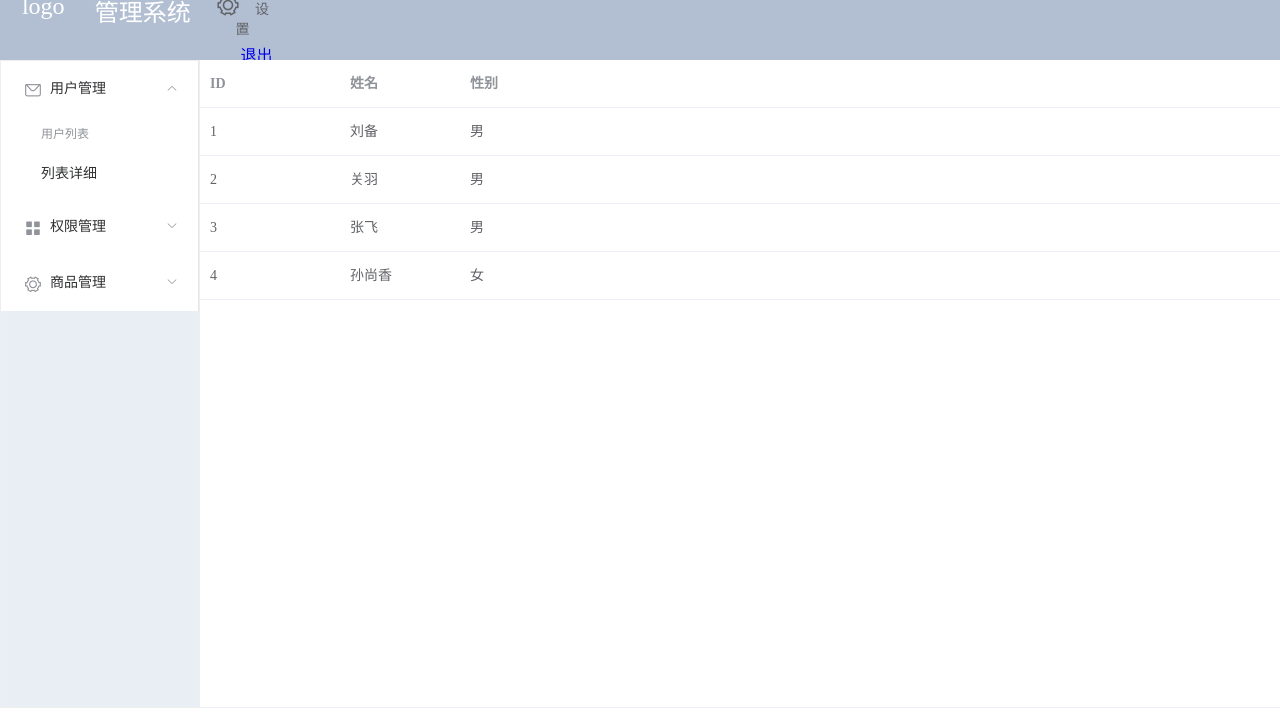
Repository: euphor1azzy/testlist
Page: /#/users (app in list/)
An editor plug-in stored every save of this project. The page is shown before and after the next save, followed by the edit.
The browser window is 1280 px wide. The pictures show the whole page.
The project was rebuilt for these pictures with package versions that can differ from the ones it lists, and the page was loaded fresh each time. Requests to the local data server were answered from the project's data file. Also part of the build but not shown: list/src/views/login/login.vue, list/src/components/users/users.vue.

Above is the page before, as saved 2020-08-25 10:26:14.

### list/src/main.js
// 引入组件
import Vue from 'vue'
import ElementUI from 'element-ui';
import App from './App.vue'
import router from './router'
import MyHttpServer from './plugins/http'
Vue.use(router);


// 引入css文件
import './assets/css/reset.css'
import 'element-ui/lib/theme-chalk/index.css';


//使用插件
Vue.use(ElementUI)
Vue.use(MyHttpServer)
Vue.config.productionTip = false


new Vue({
    el: '#app',
    router,
    render: h => h(App)
}).$mount('#app')

### list/src/App.vue
<template>
  <div id="app" >

    <router-view></router-view>
  </div>
</template>

<script>

</script>

<style>
#app{

  height:100vh
}
</style>

### list/src/router/index.js
import Vue from 'vue'
import Router from 'vue-router'
import Home from '../views/home.vue'
import Login from '../views/login/login.vue'
import Users from '../components/users/users.vue'


Vue.use(Router);



export default new Router({
    routes: [{
            path: '/',
            name: 'home',
            component: Home,
            children: [{
                name: 'users',
                path: 'users',
                component: Users
            }]

        },
        {
            name: 'Login',
            path: '/login',
            component: Login
        }
    ]
});

### list/src/plugins/http.js
//将axios改为插件
import axios from 'axios'
const MyHttpServer = {}


MyHttpServer.install = (Vue) => {
    axios.defaults.baseURL = 'http://localhost:8888/api/private/v1/'

    // 添加实例方法
    Vue.prototype.$http = axios

}

export default MyHttpServer

### list/src/assets/css/reset.css
/*! minireset.css v0.0.2 | MIT License | github.com/jgthms/minireset.css */

html,
body,
p,
ol,
ul,
li,
dl,
dt,
dd,
blockquote,
figure,
fieldset,
legend,
textarea,
pre,
iframe,
hr,
h1,
h2,
h3,
h4,
h5,
h6 {
    /* height: 100%; */
    margin: 0;
    padding: 0;
}

h1,
h2,
h3,
h4,
h5,
h6 {
    font-size: 100%;
    font-weight: normal;
}

ul {
    list-style: none;
}

button,
input,
select,
textarea {
    margin: 0;
}

html {
    box-sizing: border-box;
}

* {
    box-sizing: inherit;
}

*:before,
*:after {
    box-sizing: inherit;
}

img,
embed,
object,
audio,
video {
    height: auto;
    max-width: 100%;
}

iframe {
    border: 0;
}

table {
    border-collapse: collapse;
    border-spacing: 0;
}

td,
th {
    padding: 0;
    text-align: left;
}

### list/src/views/home.vue
<template>
    <div>

    <v-appnav></v-appnav>
    <div class="con">

    <v-appslider></v-appslider>

    <!-- 内容 -->
   <v-list></v-list>
    <!-- <router-link></router-link> -->
  </div>
</div>
</template>

<script>
// 导入组件

import AppNav from "../components/common/appnav";
import AppSlider from "../components/common/appslider";
import List from "../components/list/list";

export default {
  name: "Home",
  // 注册组件
  components: {
    "v-appnav": AppNav,
    "v-appslider": AppSlider,
    "v-list": List,

  },
};
</script>

<style>
.con {
  height: 100%;
  display: flex;
  flex: auto;
  flex-flow: row wrap;
  justify-content: flex-start;
  background-color: #e9eef5;
}
</style>

### list/src/components/common/appnav.vue
<template>
  <el-header class="nav">
    <el-row>
      <el-col :span="6">
        <div class="grid-content bg-purple">logo</div>
      </el-col>
      <el-col :span="12">
        <div class="grid-content bg-purple-light">管理系统</div>
      </el-col>
      <el-col :span="6">
        <div class="grid-content bg-purple">
          <el-dropdown>
            <i class="el-icon-setting" style="margin-right: 15px"></i><span>设置</span>
            <el-dropdown-menu slot="dropdown">
              <el-dropdown-item>查看</el-dropdown-item>
              <el-dropdown-item>新增</el-dropdown-item>
              <el-dropdown-item>删除</el-dropdown-item>
            </el-dropdown-menu>
          </el-dropdown>

          <router-link to="/login" style=" padding-left:28px;font-size:16px">退出</router-link>
        </div>
      </el-col>
    </el-row>
  </el-header>
</template>

<script>
export default {
  name: "AppNav",
};
</script>

<style scoped>
.nav {
  display: flex;
  flex-flow: row nowrap;
  justify-content: space-between;
  align-items: center;
  padding: 10px;
  text-align: center;
  font-size: 24px;
  width: 100%;
  color: #fff;
  background-color: #b2bfd2;
}
.el-icon-setting::before {
  font-size: 24px;
}
</style>

### list/src/components/common/appslider.vue
<template>
   <div id="el-container">
        <el-menu  :default-openeds="['1']" :unique-opened="true">
          <el-submenu index="1">
            <template slot="title">
              <i class="el-icon-message"></i>用户管理 </template>
            <el-menu-item-group>
              <template slot="title">用户列表</template>
              <el-menu-item index="1-1">列表详细</el-menu-item>

            </el-menu-item-group>


          </el-submenu>

          <el-submenu index="2">
            <template slot="title">
              <i class="el-icon-menu"></i>权限管理
            </template>
            <el-menu-item-group>
              <template slot="title">分组一</template>
              <el-menu-item index="2-1">选项1</el-menu-item>
              <el-menu-item index="2-2">选项2</el-menu-item>
            </el-menu-item-group>
            <el-menu-item-group title="分组2">
              <el-menu-item index="2-3">选项3</el-menu-item>
            </el-menu-item-group>

          </el-submenu>


          <el-submenu index="3">
            <template slot="title">
              <i class="el-icon-setting"></i>商品管理
            </template>
            <el-menu-item-group>
              <template slot="title">分组一</template>
              <el-menu-item index="3-1">选项1</el-menu-item>
              <el-menu-item index="3-2">选项2</el-menu-item>
            </el-menu-item-group>

          </el-submenu>
        </el-menu>
      </div>
</template>

<script>
export default {

}
</script>

<style>
#el-container{
height: 90vh;
 border: 1px solid #eee;
  width:200px;
      /* display: flex;
    flex-direction: row;
    flex: 0;
    flex-basis: auto;
    box-sizing: border-box;
    min-width: 0; */
}
</style>

### list/src/components/list/list.vue


<template>
       <el-table :data="items">
            <el-table-column prop="id" label="ID" width="140"></el-table-column>
            <el-table-column prop="name" label="姓名" width="120"></el-table-column>
            <el-table-column prop="gender" label="性别"></el-table-column>
          </el-table>

</template>
<script>
import axios from 'axios'
export default {
created() {
    this.loadData();
  },
  methods: {
    loadData() {
      axios.get("http://localhost:3000/heroes").then((res) => {
        this.items = res.data;
      });
    },
  },
  name: "list",
  data() {
    return {
      items: [],
      name: "",
      gender: "",
    };
  },
}
</script>

<style>

</style>

### list/server/db.json
{
    "users": [{
            "id": 1,
            "name": "abc",
            "age": 18,
            "gender": "男"
        },
        {
            "id": 2,
            "name": "SDSA",
            "age": 18,
            "gender": "男"
        },
        {
            "id": 3,
            "name": "SDSD",
            "age": 18,
            "gender": "女"
        },
        {
            "id": 4,
            "name": "FSAFA",
            "age": 18,
            "gender": "男"
        }
    ],
    "heroes": [{
        "id": 1,
        "name": "刘备",
        "gender": "男"
    }, {
        "id": 2,
        "name": "关羽",
        "gender": "男"
    }, {
        "id": 3,
        "name": "张飞",
        "gender": "男"
    }, {
        "id": 4,
        "name": "孙尚香",
        "gender": "女"
    }]
}

Loaded but not shown: list/public/index.html (common file)

After the next save:
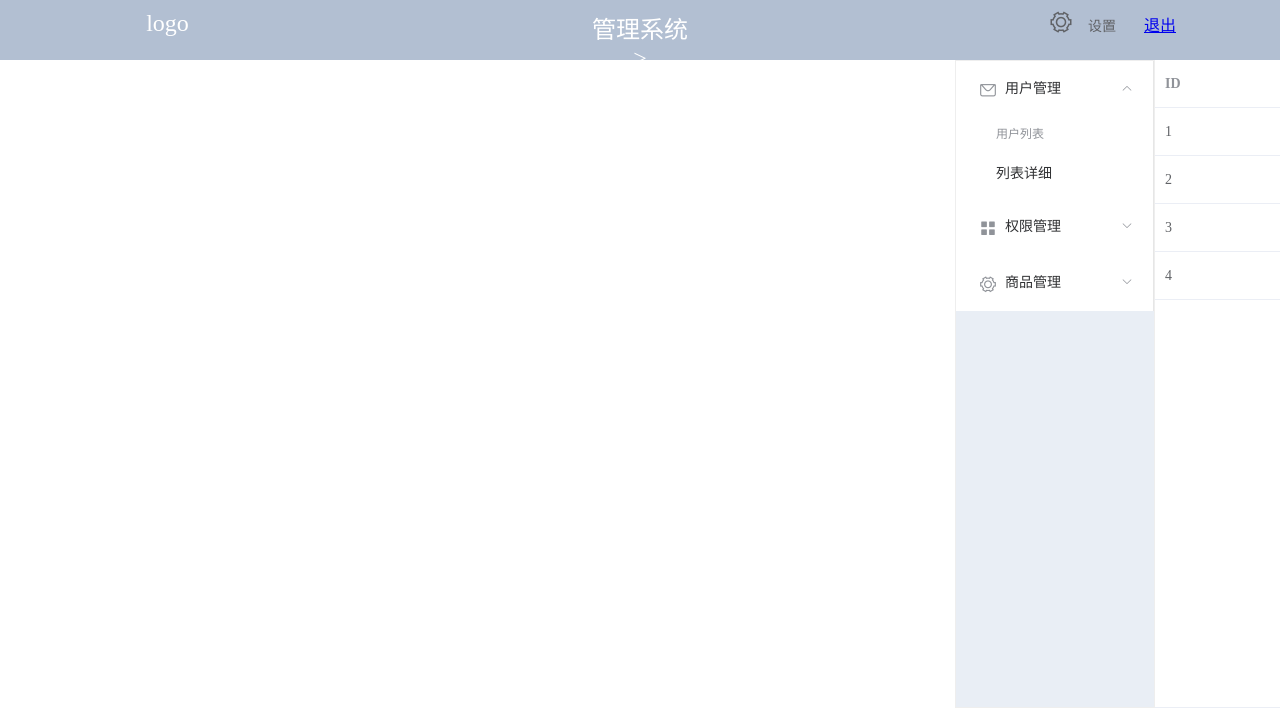
Saved 87 s later.
--- a/list/src/components/common/appnav.vue
+++ b/list/src/components/common/appnav.vue
@@ -2,10 +2,10 @@
   <el-header class="nav">
     <el-row>
       <el-col :span="6">
-        <div class="grid-content bg-purple">logo</div>
+        <div class='logo'>logo</div>
       </el-col>
       <el-col :span="12">
-        <div class="grid-content bg-purple-light">管理系统</div>
+    <h2>管理系统</h2>>
       </el-col>
       <el-col :span="6">
         <div class="grid-content bg-purple">
@@ -33,10 +33,6 @@ export default {
 
 <style scoped>
 .nav {
-  display: flex;
-  flex-flow: row nowrap;
-  justify-content: space-between;
-  align-items: center;
   padding: 10px;
   text-align: center;
   font-size: 24px;
